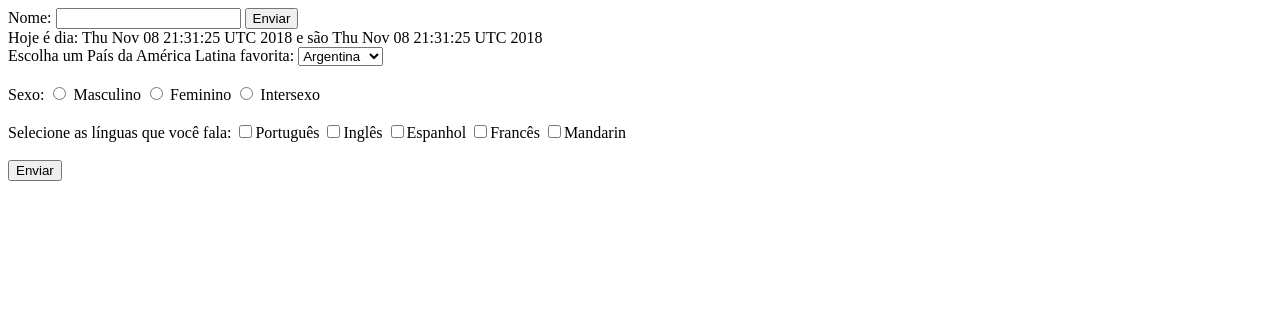
Repository: cassiahh/PWE
Page: http://localhost/Topico1/Formulario.jsp
These files come from the project's save history. The page is drawn as it stood at one moment and after the next save; the edit follows.
The browser window is 1280 px wide. The pictures show the whole page.
The page is served by Tomcat 9.

Above is the page before, as saved 2018-11-08 23:00:38.

After the next save:
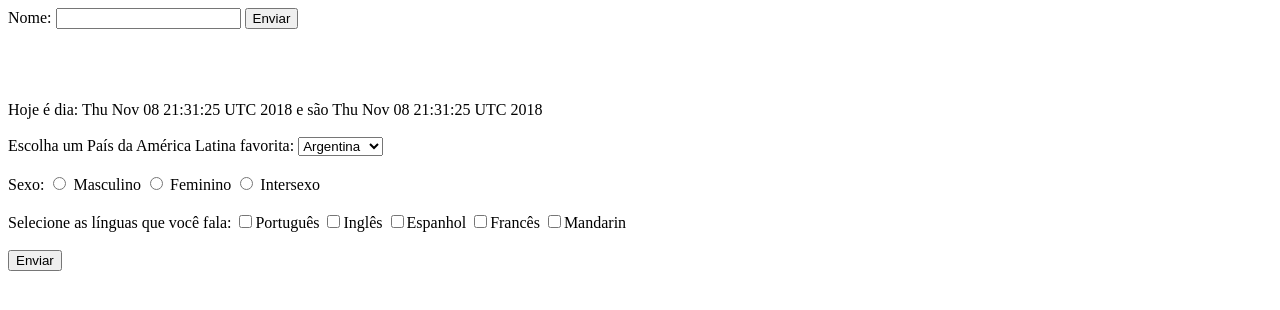
Saved 39 s later.
--- a/Topico1/WebContent/Formulario.jsp
+++ b/Topico1/WebContent/Formulario.jsp
@@ -14,12 +14,14 @@
 	<input type="submit" value="Enviar" /><br/>
 
 </form>
+<br/><br/>
 
 <% //scriplet
 String nome = request.getParameter("nome");
 if(nome!=null)
 out.print("Bem vindo, "+nome);
 %>
+<br/><br/>
 
 Hoje é dia: <%= //declaration
 new Date()
@@ -27,6 +29,7 @@ new Date()
  e são <%=
 new Date()
 %>
+<br/><br/>
 
 
 <form action="Dados.jsp">
